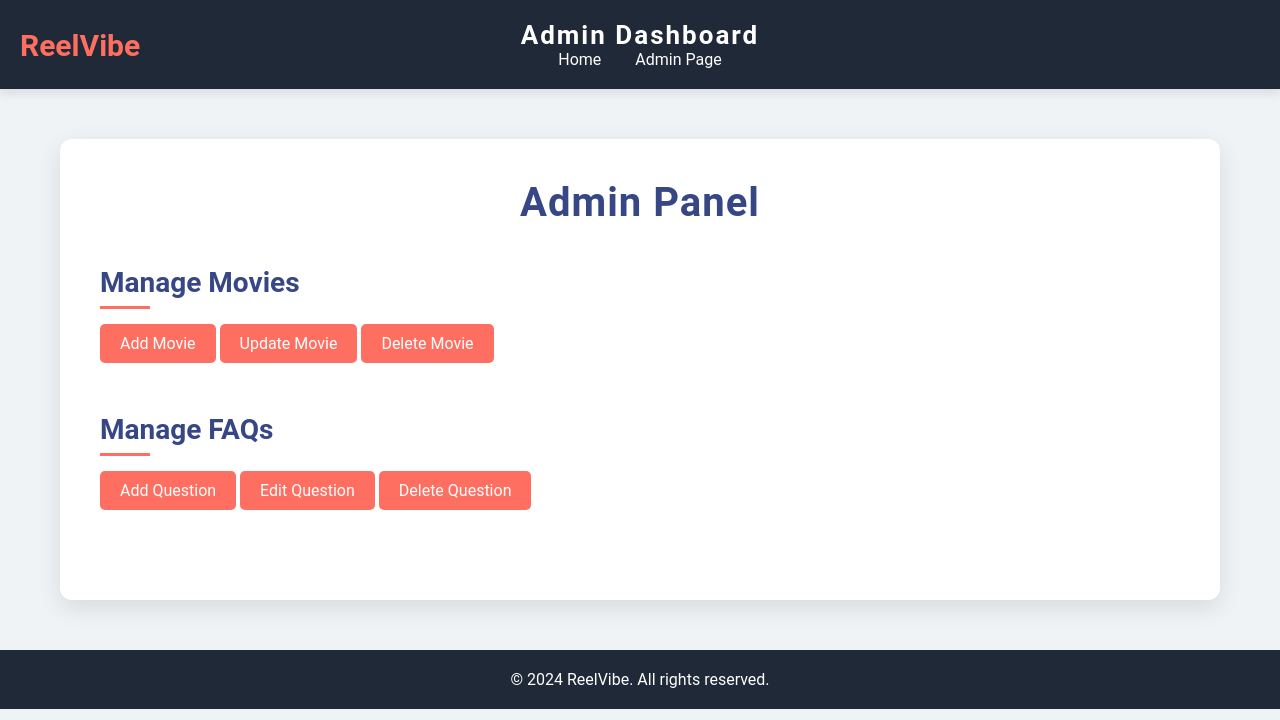
Repository: Szachii/Online-Movie-and-TV-series-browsing-system
Page: http://localhost/movie/admin.jsp
An editor plug-in stored every save of this project. The page is shown before and after the next save, followed by the edit.
The browser window is 1280 px wide. The pictures show the whole page.
The page is served by Tomcat 9.

Above is the page before, as saved 2024-10-14 09:53:10.

After the next save:
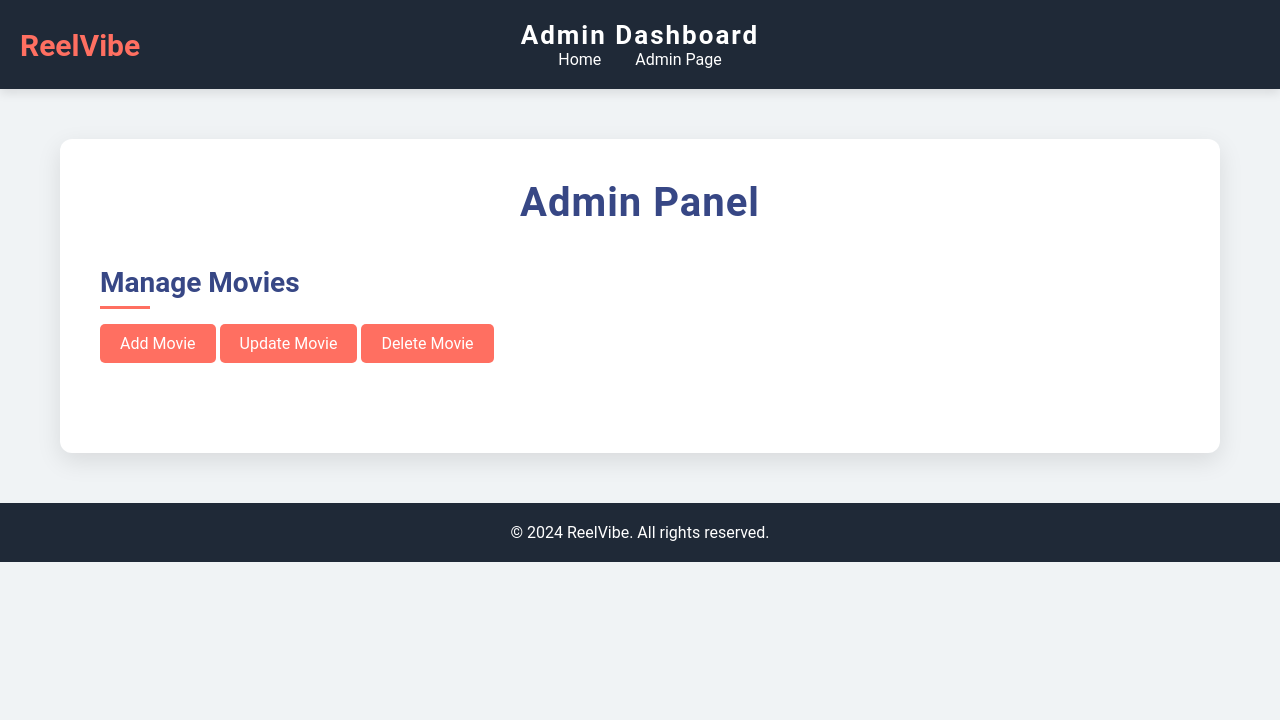
Saved 5 h 5 min later.
--- a/movie/src/main/webapp/admin.jsp
+++ b/movie/src/main/webapp/admin.jsp
@@ -19,6 +19,7 @@
             color: #333;
         }
 
+        /* Header from homepage */
         header {
             background-color: #1f2937;
             padding: 20px;
@@ -160,15 +161,25 @@
             margin: 0 auto; /* Centers the button */
         }
 
-
-
         .admin-form button:hover {
             background-color: #2c3e50;
             transform: translateY(-2px);
         }
 
-
-footer {
+        /* Smooth show/hide transitions */
+        .form-container {
+            display: none;
+            opacity: 0;
+            transition: opacity 0.3s ease-in-out;
+        }
+
+        .form-container.show {
+            display: block;
+            opacity: 1;
+        }
+
+        /* Footer from homepage */
+        footer {
             text-align: center;
             padding: 20px;
             background-color: #1f2937;
@@ -180,18 +191,6 @@
             margin-top: 50px;
         }
 
-        /* Smooth show/hide transitions */
-        .form-container {
-            display: none;
-            opacity: 0;
-            transition: opacity 0.3s ease-in-out;
-        }
-
-        .form-container.show {
-            display: block;
-            opacity: 1;
-        }
-
         /* Responsive design */
         @media (max-width: 768px) {
             .admin-section button {
@@ -237,10 +236,10 @@
                         <label for="movie-title">Title:</label>
                         <input type="text" id="movie-title" name="title" required>
 
-                        <input type="radio" id="movie" name="type" value="movie"><br>
-        				<label for="movie">Movie</label>
-        				<input type="radio" id="tvseries" name="type" value="tvseries">
-        				<label for="tvseries">TV Series</label>
+                        <input type="radio" id="movie" name="type" value="movie">
+                        <label for="movie">Movie</label>
+                        <input type="radio" id="tvseries" name="type" value="tvseries">
+                        <label for="tvseries">TV Series</label>
 
                         <label for="movie-genre">Genre:</label>
                         <input type="text" id="movie-genre" name="genre" required>
@@ -258,96 +257,7 @@
                     </form>
                 </div>
 
-                <div id="update-movie-form" class="form-container">
-                    <h4>Update Movie</h4>
-                    <form class="admin-form"  method="post" action="UpdateMovie" enctype="multipart/form-data">
-                        <label for="movie-id-update">Title:</label>
-                        <input type="text" id="movie-id-update" name="title" required>
-
-                        <label for="movie-title-update">New Title:</label>
-                        <input type="text" id="movie-title-update" name="newtitle">
-
-                        <input type="radio" id="movie" name="newtype" value="movie"><br>
-        				<label for="movie">Movie</label>
-        				<input type="radio" id="tvseries" name="newtype" value="tvseries">
-        				<label for="tvseries">TV Series</label>
-
-                        <label for="movie-genre-update">New Genre:</label>
-                        <input type="text" id="movie-genre-update" name="newgenre">
-
-                        <label for="movie-year-update">New Release Year:</label>
-                        <input type="number" id="movie-year-update" name="newyear">
-
-                        <label for="faq-answer">Description:</label>
-                        <textarea id="faq-answer" rows="5" name="newdec"></textarea>
-
-                        <label for="poster">Update Poster Image:</label>
-                        <input type="file" id="poster" accept="image/*" name="newimg">
-
-                        <button type="submit">Submit</button>
-                    </form>
-                </div>
-
-                <div id="delete-movie-form" class="form-container">
-                    <h4>Delete Movie</h4>
-                    <form class="admin-form" method="post" action="DeleteMovie" >
-                        <label for="movie-id-delete">Movie Title:</label>
-                        <input type="text" id="movie-id-delete" name="title" required>
-
-                        <button type="submit">Delete</button>
-                    </form>
-                </div>
-            </div>
-
-            <!-- Manage FAQs Section -->
-            <div class="admin-section">
-                <h3>Manage FAQs</h3>
-                <button onclick="toggleForm('add-faq-form')">Add Question</button>
-                <button onclick="toggleForm('edit-faq-form')">Edit Question</button>
-                <button onclick="toggleForm('delete-faq-form')">Delete Question</button>
-
-
-<div id="add-faq-form" class="form-container">
-                    <h4>Add New Question</h4>
-                    <form class="admin-form" method="post" action="AddQA">
-                    	<label for="faq-id-edit">FAQ ID:</label>
-                        <input type="text" id="faq-id-edit" name="id" required>
-
-                        <label for="faq-question">Question:</label>
-                        <input type="text" id="faq-question" name="que" required>
-
-                        <label for="faq-answer">Answer:</label>
-                        <textarea id="faq-answer" rows="5" name="ans" required></textarea>
-
-                        <button type="submit">Submit</button>
-                    </form>
-                </div>
-
-                <div id="edit-faq-form" class="form-container">
-                    <h4>Edit Question</h4>
-                    <form class="admin-form"  method="post" action="UpdateQA">
-                        <label for="faq-id-edit">FAQ ID:</label>
-                        <input type="text" id="faq-id-edit" name="id" required>
-
-                        <label for="faq-question-edit">New Question:</label>
-                        <input type="text" id="faq-question-edit" name="newque">
-
-                        <label for="faq-answer-edit">New Answer:</label>
-                        <textarea id="faq-answer-edit" rows="5" name="newans"></textarea>
-
-                        <button type="submit">Submit</button>
-                    </form>
-                </div>
-
-                <div id="delete-faq-form" class="form-container">
-                    <h4>Delete Question</h4>
-                    <form class="admin-form"  method="post" action="DeleteQA">
-                        <label for="faq-id-delete">FAQ ID:</label>
-                        <input type="text" id="faq-id-delete" name="id" required>
-
-                        <button type="submit">Delete</button>
-                    </form>
-                </div>
+                <!-- Similar code for Update and Delete forms -->
             </div>
         </section>
     </main>
